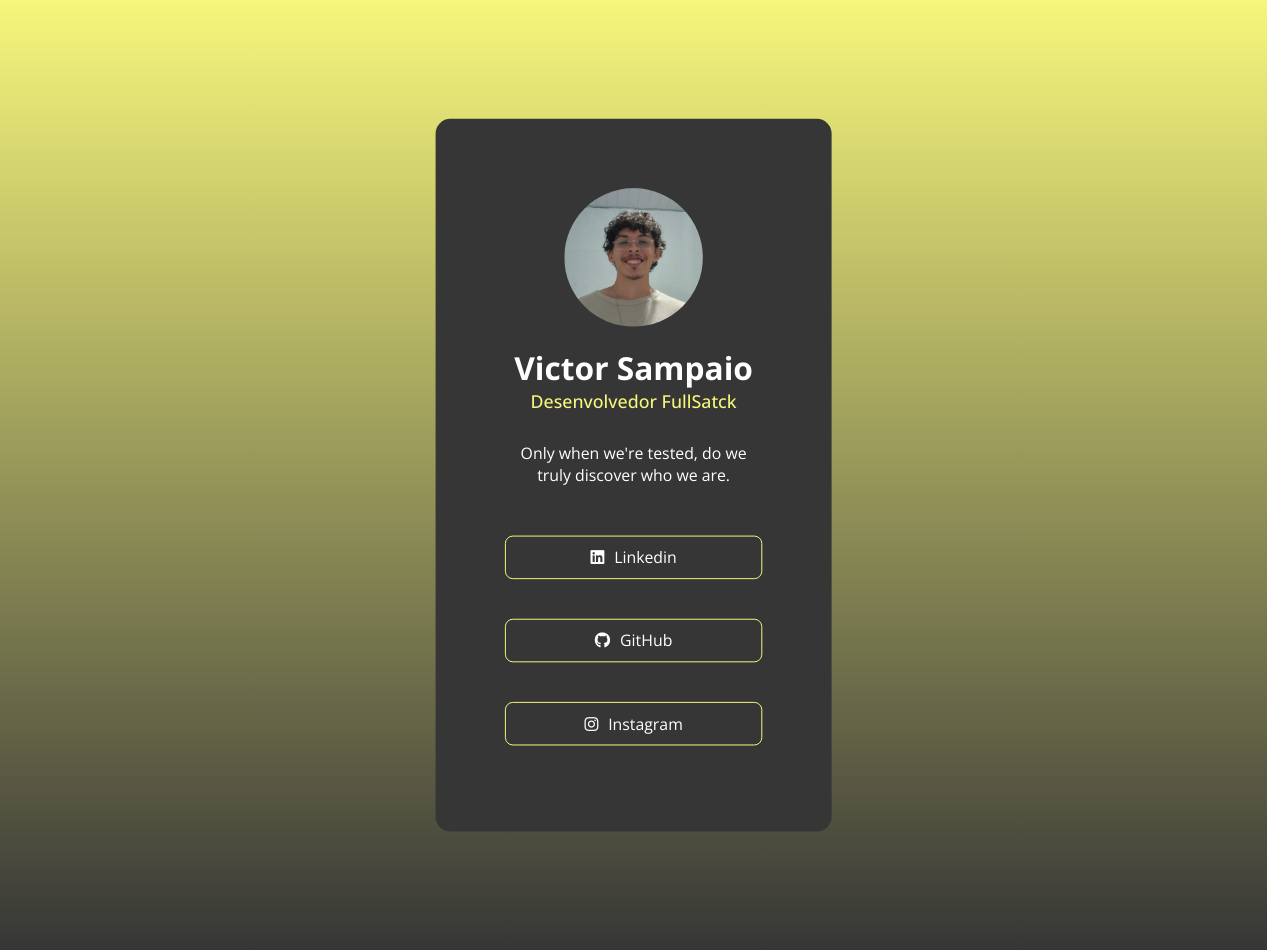
Repository: VictorSampaioDev/linkthree-gt9
Page: index.html
The author's editor kept a copy of each file at every save. The page is drawn from the files as they stood at one save, then again after a run of saves.
The browser window is 1280 px wide. The pictures show the whole page, at 99% of full size.

Above is the page before, as saved 2025-04-11 15:47:58.

After the next 2 saves:
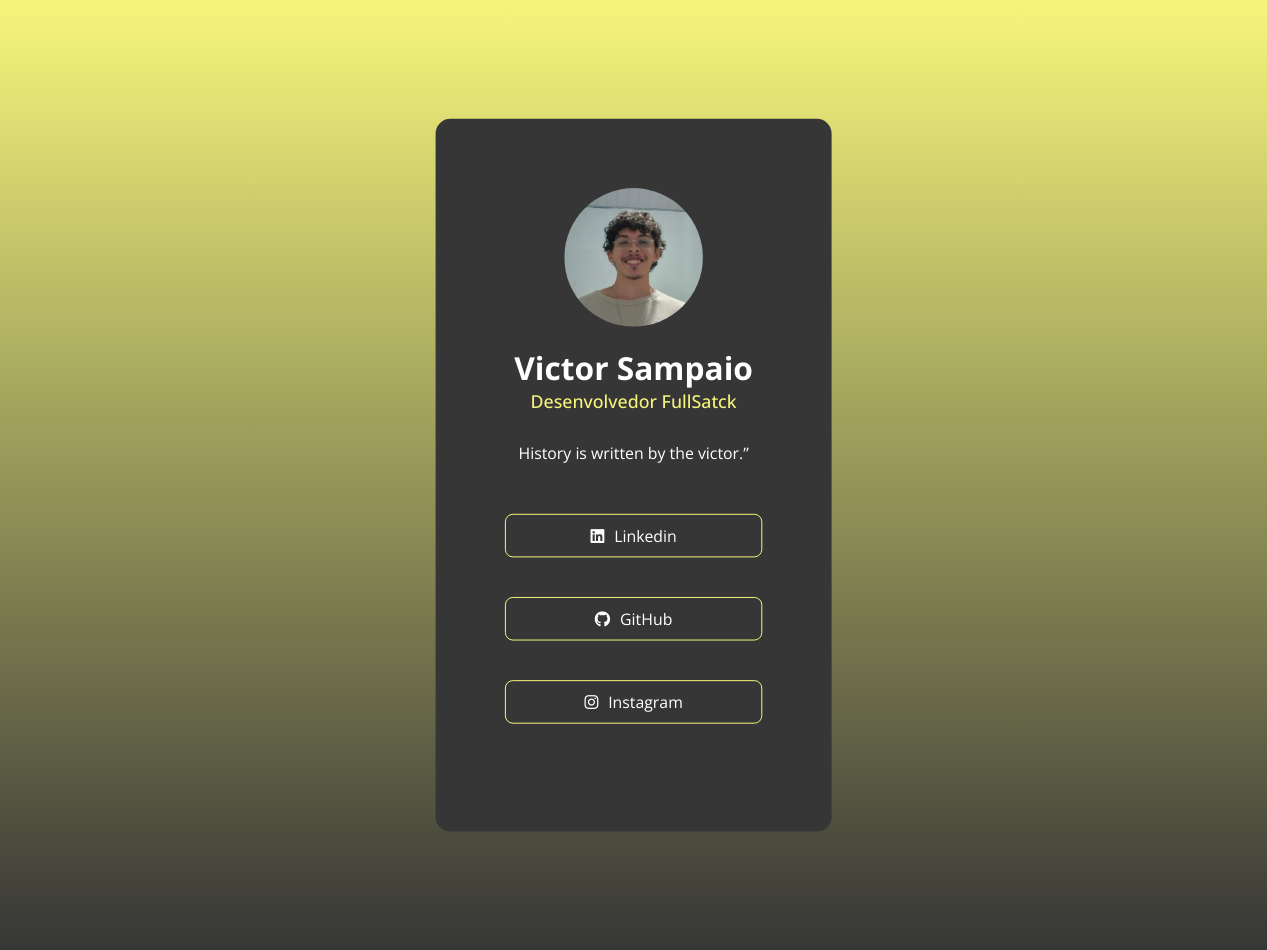
The 2 saves are shown as one change because they came seconds apart.
The last was saved 2 min 4 s later.
--- a/index.html
+++ b/index.html
@@ -24,7 +24,7 @@
 <!-- Paragrafo -->
       <div class="container-paragrafo">
         <p>
-            Only when we're tested, do we truly discover who we are.
+            History is written by the victor.”
         </p>
       </div>
 <!-- lista estilizada ("botões") -->
